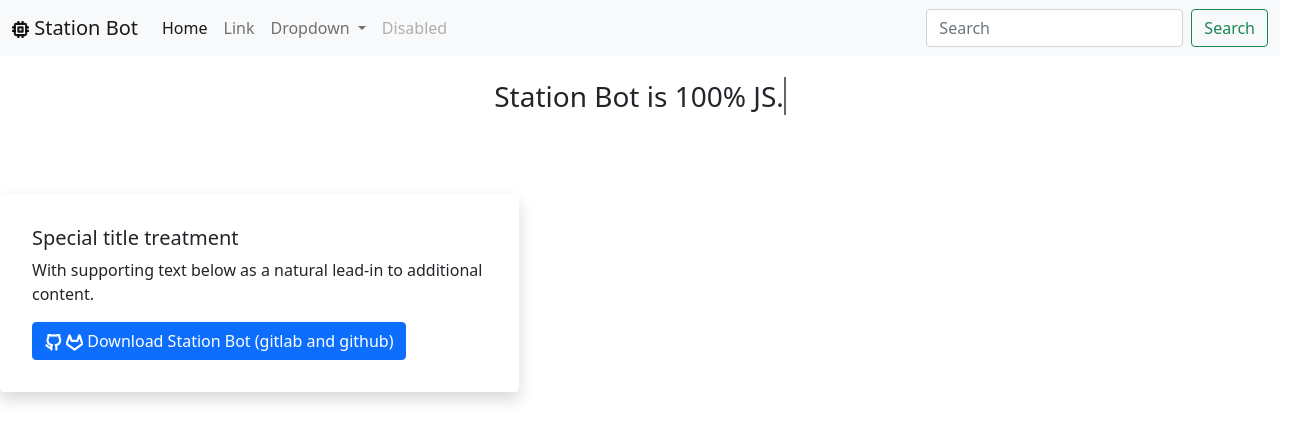
Repository: Valenplayer3000/StationBot-Web
Page: index.html
The author's editor kept a copy of each file at every save. The page is drawn from the files as they stood at one save, then again after the next save.
The browser window is 1280 px wide. The page is 1292 px wide, so the pictures cover 1292 px, including what lies to the right of the window. The pictures show the whole page.
Some web libraries are served in a nearby version.

Above is the page before, as saved 2021-11-02 09:00:25.

### index.html
<!DOCTYPE html>
<head>
    <!-- Required meta tags -->
    <meta charset="utf-8">
    <meta name="viewport" content="width=device-width, initial-scale=1">

    <!-- Bootstrap CSS and JS -->
    <script src="https://cdn.jsdelivr.net/npm/bootstrap@5.1.3/dist/js/bootstrap.bundle.min.js" integrity="sha384-ka7Sk0Gln4gmtz2MlQnikT1wXgYsOg+OMhuP+IlRH9sENBO0LRn5q+8nbTov4+1p" crossorigin="anonymous"></script>
    <link href="https://cdn.jsdelivr.net/npm/bootstrap@5.1.3/dist/css/bootstrap.min.css" rel="stylesheet" integrity="sha384-1BmE4kWBq78iYhFldvKuhfTAU6auU8tT94WrHftjDbrCEXSU1oBoqyl2QvZ6jIW3" crossorigin="anonymous">

    <!-- Font Awesome (Icons) -->
    <script src="https://kit.fontawesome.com/e5254c2b1e.js" crossorigin="anonymous"></script>

    <!-- Feather Icons -->
    <script src="https://unpkg.com/feather-icons"></script>
    <!-- Site's Titles -->
    <title>Station Bot</title>
</head>
<html lang="en">
  <nav class="navbar navbar-expand-lg navbar-light bg-light">
    <div class="container-fluid">
      <a class="navbar-brand" href="#"><i data-feather="cpu"></i> Station Bot</a>
      <button class="navbar-toggler" type="button" data-bs-toggle="collapse" data-bs-target="#navbarSupportedContent" aria-controls="navbarSupportedContent" aria-expanded="false" aria-label="Toggle navigation">
        <span class="navbar-toggler-icon"></span>
      </button>
      <div class="collapse navbar-collapse" id="navbarSupportedContent">
        <ul class="navbar-nav me-auto mb-2 mb-lg-0">
          <li class="nav-item">
            <a class="nav-link active" aria-current="page" href="#">Home</a>
          </li>
          <li class="nav-item">
            <a class="nav-link" href="#">Link</a>
          </li>
          <li class="nav-item dropdown">
            <a class="nav-link dropdown-toggle" href="#" id="navbarDropdown" role="button" data-bs-toggle="dropdown" aria-expanded="false">
              Dropdown
            </a>
            <ul class="dropdown-menu" aria-labelledby="navbarDropdown">
              <li><a class="dropdown-item" href="#">Action</a></li>
              <li><a class="dropdown-item" href="#">Another action</a></li>
              <li><hr class="dropdown-divider"></li>
              <li><a class="dropdown-item" href="#">Something else here</a></li>
            </ul>
          </li>
          <li class="nav-item">
            <a class="nav-link disabled">Disabled</a>
          </li>
        </ul>
        <form class="d-flex">
          <input class="form-control me-2" type="search" placeholder="Search" aria-label="Search">
          <button class="btn btn-outline-success" type="submit">Search</button>
        </form>
      </div>
    </div>
  </nav>
  <br>
  <h3 class="header">Station Bot is
    <span class="txt-rotate" data-period="2000"data-rotate='[ "easy to use.", "simple.", "100% JS.", "100% customizable."]'></span>
  </h3>
  <br>
  <br>
  <br>
    <div class="row">
        <div class="col-sm-5">
          <div class="shadow p-3 mb-5 bg-body rounded">
            <div class="card-body">
              <h5 class="card-title">Special title treatment</h5>
              <p class="card-text">With supporting text below as a natural lead-in to additional content.</p>
              <!-- Button trigger modal -->
                <button type="button" class="btn btn-primary" data-bs-toggle="modal" data-bs-target="#exampleModal">
                  <i data-feather="github"></i> <i data-feather="gitlab"></i>  Download Station Bot (gitlab and github)
                </button>

                <!-- Modal -->
                <div class="modal fade" id="exampleModal" tabindex="-1" aria-labelledby="exampleModalLabel" aria-hidden="true">
                  <div class="modal-dialog">
                    <div class="modal-content">
                      <div class="modal-header">
                        <h5 class="modal-title" id="exampleModalLabel">Modal title</h5>
                        <button type="button" class="btn-close" data-bs-dismiss="modal" aria-label="Close"></button>
                      </div>
                      <div class="modal-body">
                        ...
                      </div>
                      <div class="modal-footer">
                        <button type="button" class="btn btn-primary"><i data-feather="download"></i> Take me to Download!</button>
                        <button type="button" class="btn btn-secondary" data-bs-dismiss="modal">Close</button>
                      </div>
                    </div>
                  </div>
                </div>
            </div>
          </div>
        </div>
      </div>
      <br>
</html>
<style>
  .feather {
  width: 17px;
  height: 17px;
  stroke: currentColor;
  stroke-width: 3;
  stroke-linecap: round;
  stroke-linejoin: round;
  fill: none;
}
.header{
  text-align: center;
}
.center{
  margin: 0 auto;
}
</style>
<script>
  feather.replace()
</script>
<script>
  var TxtRotate = function(el, toRotate, period) {
  this.toRotate = toRotate;
  this.el = el;
  this.loopNum = 1;
  this.period = parseInt(period, 10) || 1000;
  this.txt = '';
  this.tick();
  this.isDeleting = false;
};

TxtRotate.prototype.tick = function() {
  var i = this.loopNum % this.toRotate.length;
  var fullTxt = this.toRotate[i];

  if (this.isDeleting) {
    this.txt = fullTxt.substring(0, this.txt.length - 1);
  } else {
    this.txt = fullTxt.substring(0, this.txt.length + 1);
  }

  this.el.innerHTML = '<span class="wrap">'+this.txt+'</span>';

  var that = this;
  var delta = 200 - Math.random() * 100;

  if (this.isDeleting) { delta /= 2; }

  if (!this.isDeleting && this.txt === fullTxt) {
    delta = this.period;
    this.isDeleting = true;
  } else if (this.isDeleting && this.txt === '') {
    this.isDeleting = false;
    this.loopNum++;
    delta = 500;
  }

  setTimeout(function() {
    that.tick();
  }, delta);
};

window.onload = function() {
  var elements = document.getElementsByClassName('txt-rotate');
  for (var i=0; i<elements.length; i++) {
    var toRotate = elements[i].getAttribute('data-rotate');
    var period = elements[i].getAttribute('data-period');
    if (toRotate) {
      new TxtRotate(elements[i], JSON.parse(toRotate), period);
    }
  }
  // INJECT CSS
  var css = document.createElement("style");
  css.type = "text/css";
  css.innerHTML = ".txt-rotate > .wrap { border-right: 0.09em solid #666 }";
  document.body.appendChild(css);
};
</script>
<style>
@import url('https://fonts.googleapis.com/css2?family=Inter:wght@100;200;300;400;500;600;700;800;900&display=swap');
.tpyewirter {
text-align: center;
  font-family: 'Inter';
}
.button-center{
  display: flex;
  margin: auto;
}
</style>

After the next save:
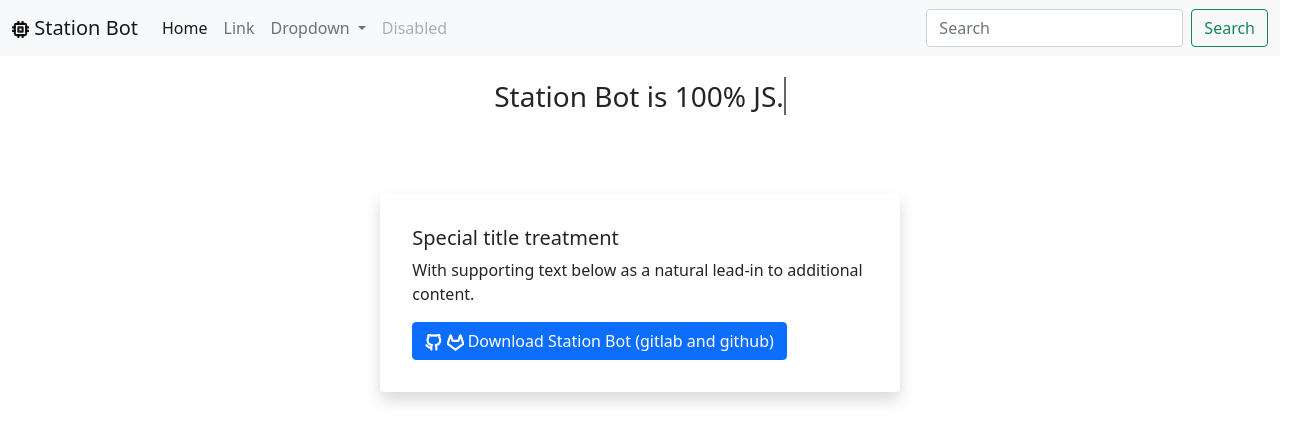
Saved 10 s later.
--- a/index.html
+++ b/index.html
@@ -61,7 +61,7 @@
   <br>
   <br>
     <div class="row">
-        <div class="col-sm-5">
+        <div class="col-sm-5 center">
           <div class="shadow p-3 mb-5 bg-body rounded">
             <div class="card-body">
               <h5 class="card-title">Special title treatment</h5>
